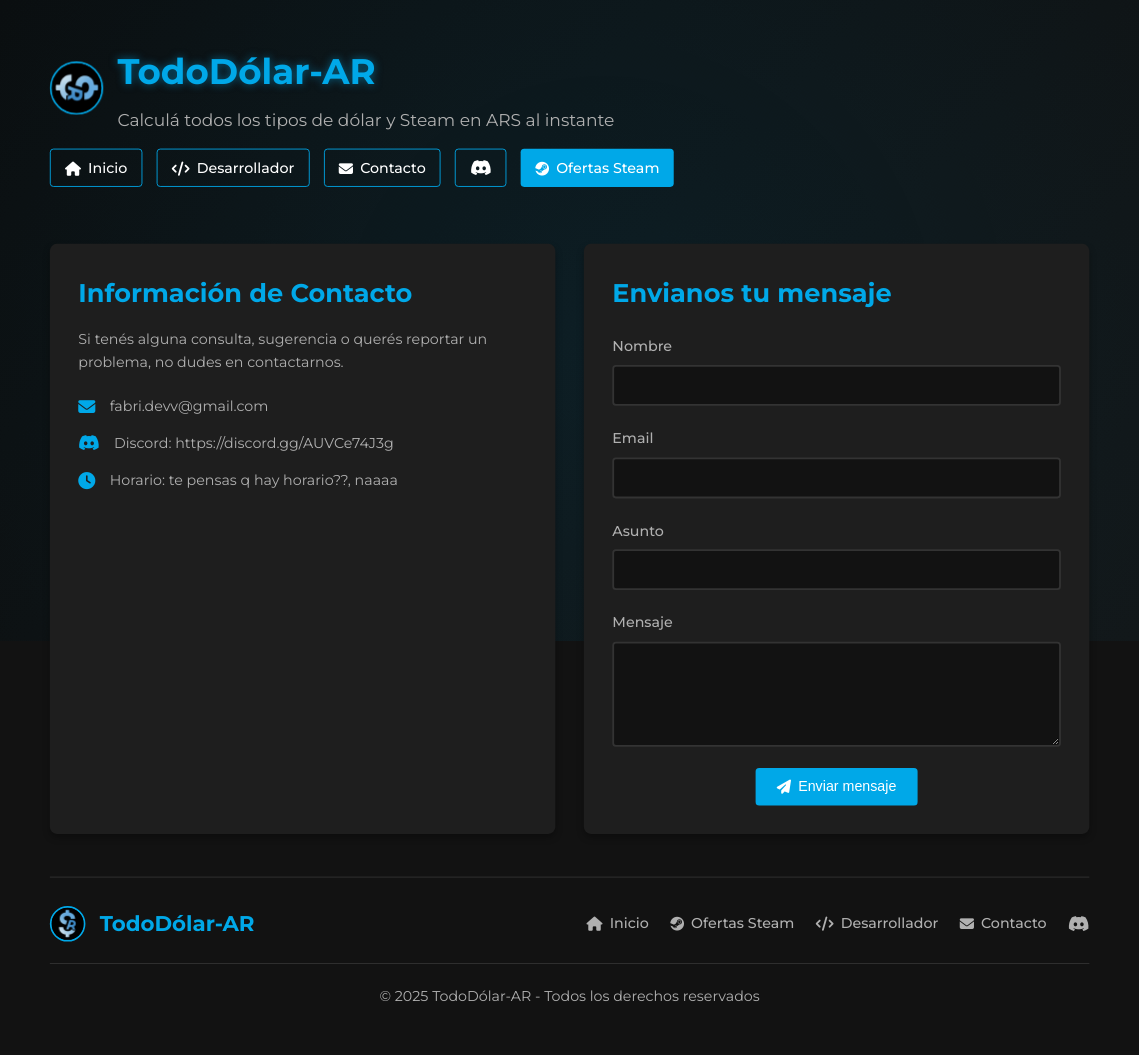
Repository: FabriDevelope/todod-lar-ar
Page: contacto/index.html
The author's editor kept a copy of each file at every save. The page is drawn from the files as they stood at one save, then again after the next save.
The browser window is 1280 px wide. The pictures show the whole page, at 89% of full size.

Above is the page before, as saved 2025-09-06 23:27:00.
Console error: TypeError: Cannot read properties of null (reading 'addEventListener')

### contacto/index.html
<!DOCTYPE html>
<html lang="es">
<head>
    <meta charset="UTF-8">
    <meta name="viewport" content="width=device-width, initial-scale=1.0">
    <title>Contacto - TodoDólar-AR</title>
    <link rel="stylesheet" href="../css/style.css">
    <link rel="icon" type="image/png" href="../favicon.png">
    <link href="https://fonts.googleapis.com/css2?family=Montserrat:wght@400;500;700&display=swap" rel="stylesheet">
    <link rel="stylesheet" href="https://cdnjs.cloudflare.com/ajax/libs/font-awesome/6.4.0/css/all.min.css">
</head>
<body>
    <!-- Fondo animado -->
    <div class="animated-bg"></div>

    <div class="container">
        <!-- Header -->
        <header class="header">
            <div class="header-content">
                <div class="header-logo">
                    <img src="../logo/logo.png" alt="TodoDólar-AR Logo" class="logo-img">
                    <div>
                        <h1 class="header-title">TodoDólar-AR</h1>
                        <p class="header-subtitle">Calculá todos los tipos de dólar y Steam en ARS al instante</p>
                    </div>
                </div>
                <div class="header-links">
                    <a href="../inicio/index.html" class="dev-link">
                        <i class="fas fa-home"></i> Inicio
                    </a>
                    <a href="../desarrollador/index.html" target="_blank" class="dev-link">
                        <i class="fas fa-code"></i> Desarrollador
                    </a>
                    <a href="contacto/index.html" class="dev-link">
                        <i class="fas fa-envelope"></i> Contacto
                    </a>
                    <a href="../discord-invite/index.html" target="_blank" class="dev-link discord-link">
                        <i class="fab fa-discord"></i>
                    </a>
                    <a href="../ofertas-steam/index.html" target="_blank" class="steam-btn">
                        <i class="fab fa-steam"></i> Ofertas Steam
                    </a>
                </div>
            </div>
        </header>

        <!-- Formulario de contacto -->
        <section class="contact-section">
            <div class="contact-container">
                <div class="contact-info">
                    <h2 class="contact-title">Información de Contacto</h2>
                    <p class="contact-description">Si tenés alguna consulta, sugerencia o querés reportar un problema, no dudes en contactarnos.</p>
                    <div class="contact-details">
                        <div class="contact-item">
                            <i class="fas fa-envelope"></i>
                            <span>fabri.devv@gmail.com</span>
                        </div>
                        <div class="contact-item">
                            <i class="fab fa-discord"></i>
                            <span>Discord: https://discord.gg/AUVCe74J3g</span>
                        </div>
                        <div class="contact-item">
                            <i class="fas fa-clock"></i>
                            <span>Horario: te pensas q hay horario??, naaaa</span>
                        </div>
                    </div>
                </div>
                <div class="contact-form-container">
                    <h2 class="contact-form-title">Envianos tu mensaje</h2>
                    <form class="contact-form" method="post" action="https://www.formbackend.com/f/08354160c064b279">
                        <div class="form-group">
                            <label for="name">Nombre</label>
                            <input type="text" id="name" name="name" required>
                        </div>
                        <div class="form-group">
                            <label for="email">Email</label>
                            <input type="email" id="email" name="email" required>
                        </div>
                        <div class="form-group">
                            <label for="subject">Asunto</label>
                            <input type="text" id="subject" name="subject" required>
                        </div>
                        <div class="form-group">
                            <label for="message">Mensaje</label>
                            <textarea id="message" name="message" rows="5" required></textarea>
                        </div>
                        <button type="submit" class="submit-btn">
                            <i class="fas fa-paper-plane"></i> Enviar mensaje
                        </button>
                    </form>
                </div>
            </div>
        </section>

        <!-- Footer -->
        <footer class="footer">
            <div class="footer-content">
                <div class="footer-logo">
                    <img src="../logo/logo.png" alt="TodoDólar-AR Logo" class="footer-logo-img">
                    <span class="footer-title">TodoDólar-AR</span>
                </div>
                <div class="footer-links">
                    <a href="../inicio/index.html" class="footer-link">
                        <i class="fas fa-home"></i> Inicio
                    </a>
                    <a href="../ofertas-steam/index.html" target="_blank" class="footer-link">
                        <i class="fab fa-steam"></i> Ofertas Steam
                    </a>
                    <a href="../desarrollador/index.html" target="_blank" class="footer-link">
                        <i class="fas fa-code"></i> Desarrollador
                    </a>
                    <a href="contacto/index.html" class="footer-link">
                        <i class="fas fa-envelope"></i> Contacto
                    </a>
                    <a href="../discord-invite/index.html" target="_blank" class="footer-link discord-link">
                        <i class="fab fa-discord"></i>
                    </a>
                </div>
            </div>
            <div class="footer-bottom">
                <p>&copy; 2025 TodoDólar-AR - Todos los derechos reservados</p>
            </div>
        </footer>
    </div>

    <script src="../js/script.js"></script>
</body>
</html>

### css/style.css
:root {
    --primary-color: #00a8e8; /* Celeste */
    --secondary-color: #005792; /* Azul oscuro */
    --accent-color: #00d9ff; /* Celeste más brillante */
    --dark-bg: #121212; /* Fondo oscuro */
    --darker-bg: #0a0a0a; /* Fondo más oscuro */
    --card-bg: #1e1e1e; /* Fondo de tarjetas */
    --light-text: #ffffff; /* Texto claro */
    --medium-text: #b0b0b0; /* Texto medio */
    --border-color: #333333; /* Color de bordes */
    --shadow: 0 4px 8px rgba(0, 0, 0, 0.3);
    --hover-shadow: 0 8px 16px rgba(0, 0, 0, 0.5);
    --transition: all 0.3s ease;
}

* {
    margin: 0;
    padding: 0;
    box-sizing: border-box;
}

body {
    font-family: 'Montserrat', sans-serif;
    background-color: var(--dark-bg);
    color: var(--light-text);
    line-height: 1.6;
    overflow-x: hidden;
    position: relative;
}

/* Fondo animado */
.animated-bg {
    position: fixed;
    top: 0;
    left: 0;
    width: 100%;
    height: 100%;
    z-index: -1;
    background: linear-gradient(135deg, #0a0a0a 0%, #121212 100%);
    overflow: hidden;
}

.animated-bg::before {
    content: '';
    position: absolute;
    top: -50%;
    left: -50%;
    width: 200%;
    height: 200%;
    background: radial-gradient(circle, rgba(0, 168, 232, 0.1) 0%, transparent 70%);
    animation: pulse 15s infinite alternate;
}

@keyframes pulse {
    0% {
        transform: translate(-10%, -10%) rotate(0deg);
    }
    100% {
        transform: translate(10%, 10%) rotate(360deg);
    }
}

.container {
    max-width: 1200px;
    margin: 0 auto;
    padding: 1rem;
    position: relative;
    z-index: 1;
}

/* Header Styles */
.header {
    padding: 2rem 0;
    animation: fadeIn 1s ease-in-out;
}

@keyframes fadeIn {
    from { opacity: 0; transform: translateY(-20px); }
    to { opacity: 1; transform: translateY(0); }
}

.header-content {
    display: flex;
    justify-content: space-between;
    align-items: center;
    flex-wrap: wrap;
    gap: 1rem;
}

.header-logo {
    display: flex;
    align-items: center;
    gap: 1rem;
}

.logo-img {
    width: 60px;
    height: 60px;
    border-radius: 50%;
    border: 2px solid var(--primary-color);
    animation: rotate 20s infinite linear;
}

@keyframes rotate {
    from { transform: rotate(0deg); }
    to { transform: rotate(360deg); }
}

.header-title {
    font-size: 2.5rem;
    font-weight: 700;
    color: var(--primary-color);
    margin-bottom: 0.5rem;
    text-shadow: 0 0 10px rgba(0, 168, 232, 0.5);
}

.header-subtitle {
    font-size: 1.2rem;
    color: var(--medium-text);
}

.header-links {
    display: flex;
    gap: 1rem;
}

.dev-link {
    color: var(--light-text);
    text-decoration: none;
    font-weight: 500;
    padding: 0.5rem 1rem;
    border: 1px solid var(--primary-color);
    border-radius: 4px;
    transition: var(--transition);
    display: flex;
    align-items: center;
    gap: 0.5rem;
}

.dev-link:hover {
    background-color: var(--primary-color);
    color: var(--dark-bg);
    transform: translateY(-2px);
}

.steam-btn, .back-btn {
    background-color: var(--primary-color);
    color: var(--light-text);
    border: none;
    padding: 0.5rem 1rem;
    border-radius: 4px;
    font-weight: 500;
    cursor: pointer;
    text-decoration: none;
    display: inline-flex;
    align-items: center;
    gap: 0.5rem;
    transition: var(--transition);
}

.steam-btn:hover, .back-btn:hover {
    background-color: var(--secondary-color);
    transform: translateY(-2px);
}

/* Input Section */
.calculation-section {
    margin: 2rem 0;
    text-align: center;
}

.input-container {
    display: flex;
    justify-content: center;
    gap: 1rem;
    flex-wrap: wrap;
    margin-bottom: 1rem;
}

.input-group {
    position: relative;
    display: flex;
    align-items: center;
}

.input-icon {
    position: absolute;
    left: 15px;
    color: var(--medium-text);
}

#currency-input {
    padding: 0.75rem 0.75rem 0.75rem 40px;
    border: 2px solid var(--primary-color);
    border-radius: 4px;
    font-size: 1rem;
    width: 250px;
    background-color: var(--card-bg);
    color: var(--light-text);
    transition: var(--transition);
}

#currency-input:focus {
    outline: none;
    border-color: var(--accent-color);
    box-shadow: 0 0 10px rgba(0, 217, 255, 0.3);
}

.input-description {
    color: var(--medium-text);
    font-size: 0.9rem;
    max-width: 600px;
    margin: 0 auto;
}

.calculate-btn {
    background-color: var(--primary-color);
    color: var(--light-text);
    border: none;
    padding: 0.75rem 1.5rem;
    border-radius: 4px;
    font-size: 1rem;
    font-weight: 500;
    cursor: pointer;
    transition: var(--transition);
    display: flex;
    align-items: center;
    gap: 0.5rem;
}

.calculate-btn:hover {
    background-color: var(--secondary-color);
    transform: translateY(-2px);
}

/* Card Section */
.section-header {
    text-align: center;
    margin-bottom: 2rem;
}

.section-title {
    font-size: 1.8rem;
    font-weight: 700;
    color: var(--primary-color);
    margin-bottom: 0.5rem;
    position: relative;
    display: inline-block;
}

.section-title::after {
    content: '';
    position: absolute;
    bottom: -5px;
    left: 50%;
    transform: translateX(-50%);
    width: 50px;
    height: 3px;
    background-color: var(--accent-color);
}

.section-description {
    color: var(--medium-text);
    max-width: 600px;
    margin: 0 auto;
}

.cards-grid {
    display: grid;
    grid-template-columns: repeat(auto-fill, minmax(280px, 1fr));
    gap: 1.5rem;
    margin-bottom: 3rem;
}

.card {
    background-color: var(--card-bg);
    border: 2px solid var(--border-color);
    border-radius: 8px;
    padding: 1.5rem;
    box-shadow: var(--shadow);
    transition: var(--transition);
    animation: fadeInUp 0.5s ease-in-out;
    position: relative;
    overflow: hidden;
}

@keyframes fadeInUp {
    from { opacity: 0; transform: translateY(20px); }
    to { opacity: 1; transform: translateY(0); }
}

.card::before {
    content: '';
    position: absolute;
    top: 0;
    left: 0;
    width: 100%;
    height: 5px;
    background: linear-gradient(90deg, var(--primary-color), var(--accent-color));
}

.card:hover {
    transform: translateY(-5px);
    box-shadow: var(--hover-shadow);
    border-color: var(--primary-color);
}

.card-title {
    font-size: 1.2rem;
    font-weight: 700;
    margin-bottom: 1rem;
    display: flex;
    align-items: center;
    gap: 0.5rem;
}

.card-title i {
    font-size: 1rem;
}

.card-values {
    margin-bottom: 1rem;
}

.card-value {
    display: flex;
    justify-content: space-between;
    margin-bottom: 0.5rem;
    padding: 0.25rem 0;
    border-bottom: 1px solid var(--border-color);
}

.card-value:last-child {
    border-bottom: none;
}

.card-value span:first-child {
    font-weight: 500;
    color: var(--medium-text);
}

.card-value span:last-child {
    font-weight: 700;
    color: var(--light-text);
}

.card-spread {
    display: flex;
    justify-content: space-between;
    margin-bottom: 0.5rem;
    color: var(--medium-text);
    padding: 0.25rem 0;
    border-bottom: 1px solid var(--border-color);
}

.card-change {
    display: flex;
    justify-content: space-between;
    margin-bottom: 1rem;
    padding: 0.25rem 0;
}

.positive {
    color: #2ecc71;
}

.negative {
    color: #e74c3c;
}

.card-btn {
    background-color: var(--primary-color);
    color: var(--light-text);
    border: none;
    padding: 0.5rem 1rem;
    border-radius: 4px;
    font-weight: 500;
    cursor: pointer;
    width: 100%;
    transition: var(--transition);
    display: flex;
    align-items: center;
    justify-content: center;
    gap: 0.5rem;
}

.card-btn:hover {
    background-color: var(--secondary-color);
}

/* Modal Styles */
.modal {
    display: none;
    position: fixed;
    top: 0;
    left: 0;
    width: 100%;
    height: 100%;
    background-color: rgba(0, 0, 0, 0.8);
    z-index: 1000;
    animation: fadeIn 0.3s ease-in-out;
}

.modal-content {
    position: relative;
    background-color: var(--card-bg);
    margin: 5% auto;
    padding: 0;
    border: 2px solid var(--primary-color);
    border-radius: 8px;
    width: 90%;
    max-width: 500px;
    box-shadow: var(--hover-shadow);
    animation: slideIn 0.3s ease-in-out;
}

@keyframes slideIn {
    from { transform: translateY(-50px); opacity: 0; }
    to { transform: translateY(0); opacity: 1; }
}

.modal-header {
    display: flex;
    justify-content: space-between;
    align-items: center;
    padding: 1rem;
    border-bottom: 1px solid var(--border-color);
}

.modal-title {
    font-size: 1.5rem;
    font-weight: 700;
    color: var(--primary-color);
}

.modal-close-btn {
    background: none;
    border: none;
    color: var(--medium-text);
    font-size: 1.5rem;
    cursor: pointer;
    transition: var(--transition);
}

.modal-close-btn:hover {
    color: var(--light-text);
}

.modal-body {
    padding: 1.5rem;
}

.calc-section {
    margin-bottom: 1.5rem;
}

.calc-section:last-child {
    margin-bottom: 0;
}

.calc-section h4 {
    font-size: 1.2rem;
    margin-bottom: 1rem;
    color: var(--light-text);
}

.calc-input-group {
    display: flex;
    gap: 0.5rem;
    margin-bottom: 1rem;
}

.calc-input-group input {
    flex: 1;
    padding: 0.75rem;
    border: 2px solid var(--border-color);
    border-radius: 4px;
    font-size: 1rem;
    background-color: var(--dark-bg);
    color: var(--light-text);
    transition: var(--transition);
}

.calc-input-group input:focus {
    outline: none;
    border-color: var(--primary-color);
}

.calc-btn {
    background-color: var(--primary-color);
    color: var(--light-text);
    border: none;
    padding: 0.75rem 1rem;
    border-radius: 4px;
    font-weight: 500;
    cursor: pointer;
    transition: var(--transition);
}

.calc-btn:hover {
    background-color: var(--secondary-color);
}

.calc-result {
    padding: 0.75rem;
    background-color: var(--dark-bg);
    border-radius: 4px;
    border: 1px solid var(--border-color);
}

.result-label {
    font-weight: 500;
    color: var(--medium-text);
}

.result-value {
    font-weight: 700;
    color: var(--primary-color);
    font-size: 1.1rem;
}

.modal-footer {
    padding: 1rem;
    border-top: 1px solid var(--border-color);
    text-align: right;
}

.modal-close-footer-btn {
    background-color: var(--primary-color);
    color: var(--light-text);
    border: none;
    padding: 0.5rem 1.5rem;
    border-radius: 4px;
    font-weight: 500;
    cursor: pointer;
    transition: var(--transition);
}

.modal-close-footer-btn:hover {
    background-color: var(--secondary-color);
}

/* Footer */
.footer {
    margin-top: 3rem;
    padding: 2rem 0;
    border-top: 1px solid var(--border-color);
}

.footer-content {
    display: flex;
    justify-content: space-between;
    align-items: center;
    flex-wrap: wrap;
    gap: 2rem;
    margin-bottom: 1.5rem;
}

.footer-logo {
    display: flex;
    align-items: center;
    gap: 1rem;
}

.footer-logo-img {
    width: 40px;
    height: 40px;
    border-radius: 50%;
    border: 2px solid var(--primary-color);
}

.footer-title {
    font-size: 1.5rem;
    font-weight: 700;
    color: var(--primary-color);
}

.footer-links {
    display: flex;
    gap: 1.5rem;
    flex-wrap: wrap;
}

.footer-link {
    color: var(--medium-text);
    text-decoration: none;
    font-weight: 500;
    transition: var(--transition);
    display: flex;
    align-items: center;
    gap: 0.5rem;
}

.footer-link:hover {
    color: var(--primary-color);
}

.discord-link {
    font-size: 1.2rem;
}

.footer-bottom {
    text-align: center;
    padding-top: 1.5rem;
    border-top: 1px solid var(--border-color);
    color: var(--medium-text);
}

/* Contact Form Styles */
.contact-section {
    margin: 2rem 0;
}

.contact-container {
    display: flex;
    gap: 2rem;
    flex-wrap: wrap;
}

.contact-info {
    flex: 1;
    min-width: 300px;
    background-color: var(--card-bg);
    border-radius: 8px;
    padding: 2rem;
    box-shadow: var(--shadow);
}

.contact-title {
    font-size: 1.8rem;
    font-weight: 700;
    color: var(--primary-color);
    margin-bottom: 1rem;
}

.contact-description {
    color: var(--medium-text);
    margin-bottom: 1.5rem;
}

.contact-details {
    display: flex;
    flex-direction: column;
    gap: 1rem;
}

.contact-item {
    display: flex;
    align-items: center;
    gap: 1rem;
    color: var(--medium-text);
}

.contact-item i {
    color: var(--primary-color);
    font-size: 1.2rem;
}

.contact-form-container {
    flex: 1;
    min-width: 300px;
    background-color: var(--card-bg);
    border-radius: 8px;
    padding: 2rem;
    box-shadow: var(--shadow);
}

.contact-form-title {
    font-size: 1.8rem;
    font-weight: 700;
    color: var(--primary-color);
    margin-bottom: 1.5rem;
}

.contact-form {
    display: flex;
    flex-direction: column;
    gap: 1.5rem;
}

.form-group {
    display: flex;
    flex-direction: column;
    gap: 0.5rem;
}

.form-group label {
    font-weight: 500;
    color: var(--medium-text);
}

.form-group input,
.form-group textarea {
    padding: 0.75rem;
    border: 2px solid var(--border-color);
    border-radius: 4px;
    font-size: 1rem;
    background-color: var(--dark-bg);
    color: var(--light-text);
    transition: var(--transition);
}

.form-group input:focus,
.form-group textarea:focus {
    outline: none;
    border-color: var(--primary-color);
}

.submit-btn {
    background-color: var(--primary-color);
    color: var(--light-text);
    border: none;
    padding: 0.75rem 1.5rem;
    border-radius: 4px;
    font-size: 1rem;
    font-weight: 500;
    cursor: pointer;
    transition: var(--transition);
    align-self: center;
    display: flex;
    align-items: center;
    gap: 0.5rem;
}

.submit-btn:hover {
    background-color: var(--secondary-color);
}

/* Responsive Design */
@media (max-width: 768px) {
    .header-content {
        flex-direction: column;
        text-align: center;
    }

    .header-title {
        font-size: 2rem;
    }

    .header-subtitle {
        font-size: 1rem;
    }

    .input-container {
        flex-direction: column;
        align-items: center;
    }

    #currency-input {
        width: 100%;
        max-width: 300px;
    }

    .cards-grid {
        grid-template-columns: repeat(auto-fill, minmax(250px, 1fr));
    }

    .footer-content {
        flex-direction: column;
        text-align: center;
    }

    .contact-container {
        flex-direction: column;
    }

#update-interval-select {
    background: var(--card-bg);
    color: var(--light-text);
    border: 1px solid var(--border-color);
    padding: 5px 10px;
    border-radius: 5px;
    font-size: 0.9rem;
    transition: var(--transition);
}

#update-interval-select:hover {
    border-color: var(--accent-color);
}

#update-interval-select:focus {
    outline: none;
    border-color: var(--accent-color);
    box-shadow: 0 0 5px var(--accent-color);
}


}

Loaded but not shown: js/script.js (218 lines, source omitted)

After the next save:
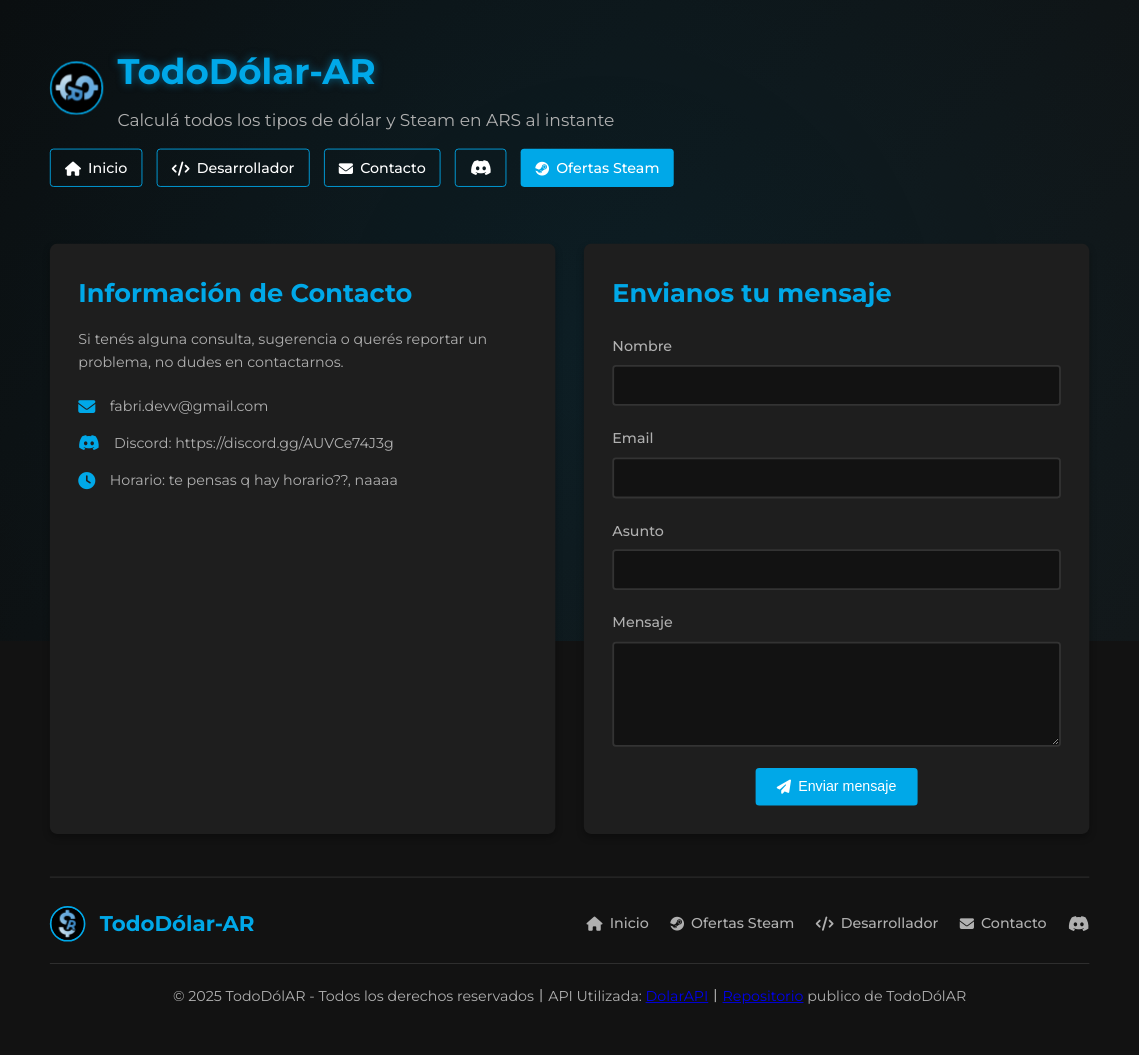
Saved 41 s later.
--- a/contacto/index.html
+++ b/contacto/index.html
@@ -118,7 +118,7 @@
                 </div>
             </div>
             <div class="footer-bottom">
-                <p>&copy; 2025 TodoDólar-AR - Todos los derechos reservados</p>
+                <p>&copy; 2025 TodoDólAR - Todos los derechos reservados丨API Utilizada: <a href="https://dolarapi.com/docs/argentina/" target="_blank">DolarAPI</a>丨<a href="https://github.com/FabriDevelope/todod-lar-ar" target="_blank">Repositorio</a> publico de TodoDólAR</p>
             </div>
         </footer>
     </div>
